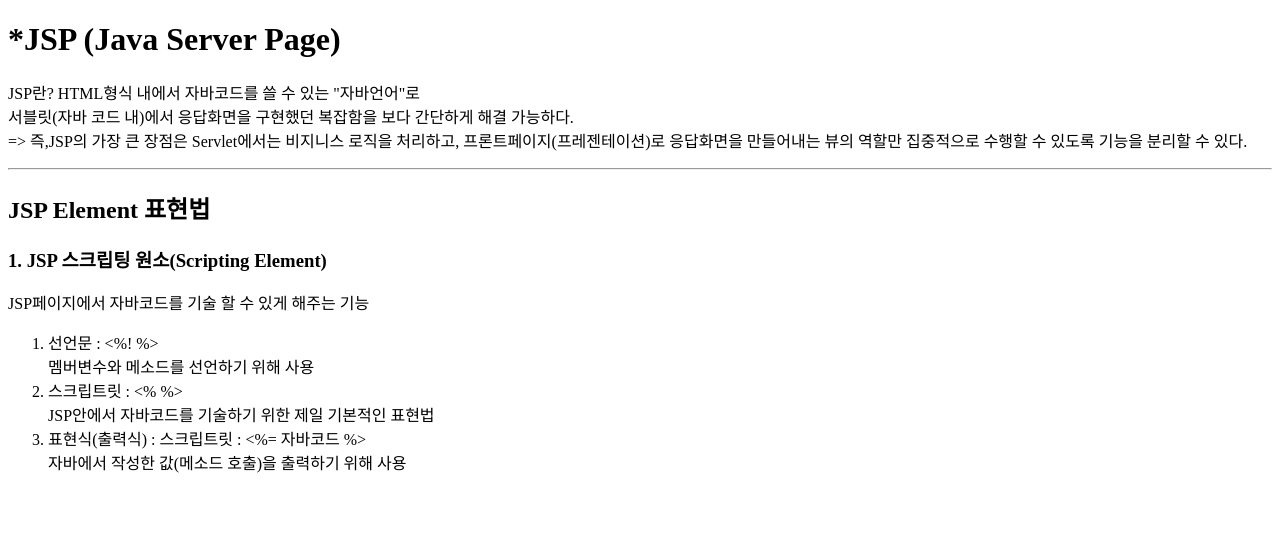
Repository: yejin0220/Web-workspace1
Page: 2_JSP/WebContent/index.html
An editor plug-in stored every save of this project. The page is shown before and after the next save, followed by the edit.
The browser window is 1280 px wide. The pictures show the whole page.

Above is the page before, as saved 2023-02-08 04:44:29.

After the next save:
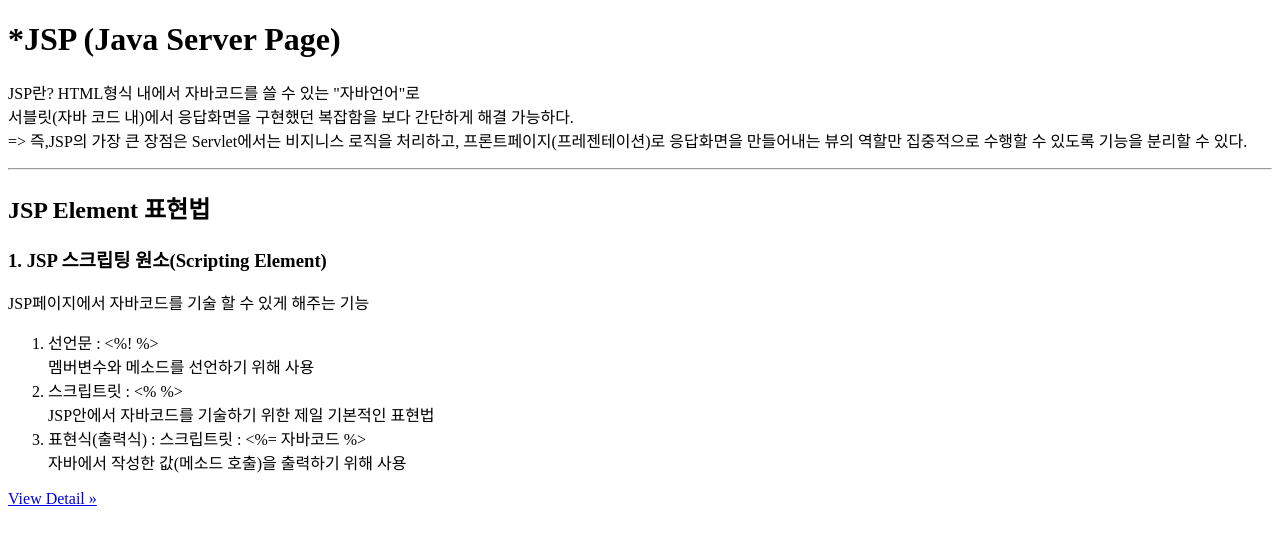
Saved 69 s later.
--- a/2_JSP/WebContent/index.html
+++ b/2_JSP/WebContent/index.html
@@ -36,8 +36,9 @@
 			표현식(출력식) : 스크립트릿 : &lt;%= 자바코드 %&gt;<br>
 			자바에서 작성한 값(메소드 호출)을 출력하기 위해 사용
 		</li>
+	</ol>
 
-	</ol>
+	<a href="views/01_ScriptingElement.jsp">View Detail &raquo; </a>
 
 
 </body>
